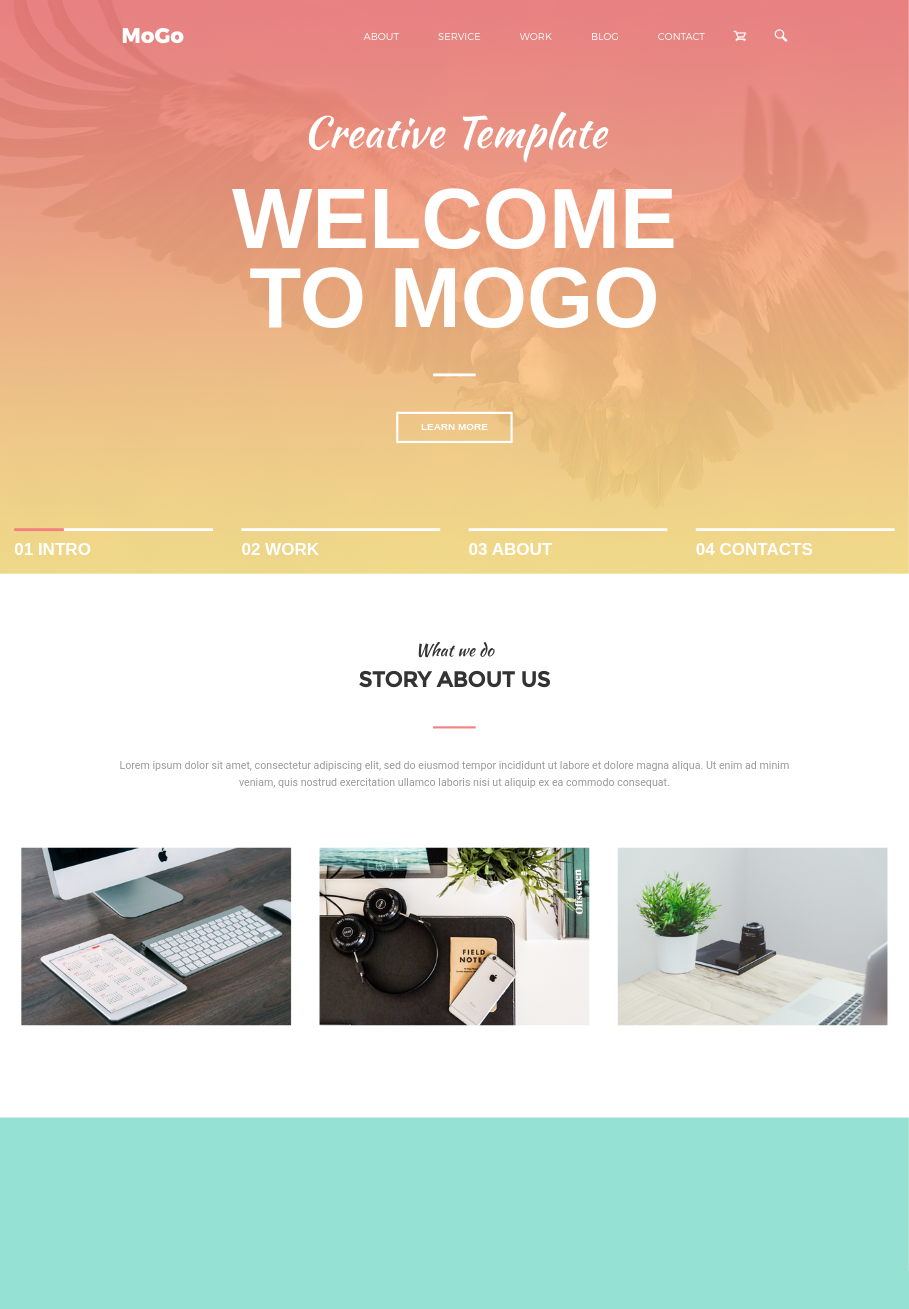
Repository: RaffiBarseghyan/mogo
Page: /
These files come from the project's save history. The page is drawn as it stood at one moment and after a run of saves; the edit follows.
The browser window is 1280 px wide. The pictures show the whole page, at 71% of full size.
The project was rebuilt for these pictures with package versions that can differ from the ones it lists, and the page was loaded fresh each time.

Above is the page before, as saved 2023-05-11 17:50:05.

### src/App.jsx
import "./App.css";
import "bootstrap/dist/css/bootstrap.min.css";
import "bootstrap/dist/js/bootstrap.bundle";
import Header from "./Pages/Header/header";
import AboutUs from "./Pages/AboutUs/aboutUs";

function App() {
  return (
    <div className="App">
      <Header />
      <AboutUs />
    </div>
  );
}

export default App;

### src/Pages/Header/header.jsx
import style from "./header.module.scss";
import glass from "../../Assets/Images/GLASS.png";
import cart from "../../Assets/Images/CART.png";

function Header() {
  return (
    <>
      <div className={style.big_header}>
        <div className={style.header}>
          <nav className="navbar navbar-expand-lg bg-body-tertiary">
            <div className="container-fluid">
              <a className={`${style.logo} navbar-brand me-5`} href="#">
                MoGo
              </a>
              <button
                className="navbar-toggler"
                type="button"
                data-bs-toggle="collapse"
                data-bs-target="#navbarNav"
                aria-controls="navbarNav"
                aria-expanded="false"
                aria-label="Toggle navigation"
              >
                <span className="navbar-toggler-icon"></span>
              </button>
              <div
                className={`${style.menu} collapse navbar-collapse`}
                id="navbarNav"
              >
                <ul className={`navbar-nav`}>
                  <li className="nav-item">About</li>
                  <li className="nav-item">service</li>
                  <li className="nav-item">work</li>
                  <li className="nav-item">blog</li>
                  <li className="nav-item">contact</li>
                  <img src={cart} alt="" />
                  <img src={glass} alt="" />
                </ul>
              </div>
            </div>
          </nav>
        </div>

        <div className={style.header_text}>
          <h1>Creative Template</h1>
          <h2>
            Welcome <br /> to MoGo
          </h2>
          <div className={style.border_box}>
            <div className={style.border}></div>
          </div>

          <div className={style.btn_box}>
            <button className={style.btn}>Learn More</button>
          </div>

          <div className={style.big_border_box_1}>
            <div className={style.div}>
              <div className={style.b_box1}>
                <div className={style.red}></div>
                <div className={style.white}></div>
              </div>
              <p className={style.b_p}>01 intro</p>
            </div>

            <div className={style.div}>
              <div className={style.b_box1}>
                <div className={style.white_s}></div>
                <div className={style.white}></div>
              </div>
              <p className={style.b_p}>02 work</p>
            </div>

            <div className={style.div}>
              <div className={style.b_box1}>
                <div className={style.white_s}></div>
                <div className={style.white}></div>
              </div>
              <p className={style.b_p}>03 About</p>
            </div>

            <div className={style.div}>
              <div className={style.b_box1}>
                <div className={style.white_s}></div>
                <div className={style.white}></div>
              </div>
              <p className={style.b_p}>04 Contacts</p>
            </div>
          </div>
        </div>
      </div>
    </>
  );
}

export default Header;

### src/Pages/AboutUs/aboutUs.jsx
import style from "./aboutUs.module.scss";
import aboutUs1 from "../../Assets/Images/aboutUs1.png";
import aboutUs2 from "../../Assets/Images/aboutUs2.png";
import aboutUs3 from "../../Assets/Images/aboutUs3.png";
import user from "../../Assets/Images/USERS.png";

function AboutUs() {
  return (
    <>
      <div className={style.aboutUs}>
        <h3>What we do</h3>
        <h2>Story about us</h2>
        <div className={style.line}></div>
        <p>
          Lorem ipsum dolor sit amet, consectetur adipiscing elit, sed do
          eiusmod tempor incididunt ut labore et dolore magna aliqua. Ut enim ad
          minim <br />
          veniam, quis nostrud exercitation ullamco laboris nisi ut aliquip ex
          ea commodo consequat.
        </p>
        <div className="d-flex justify-content-center flex-wrap ">
          <div className={style.imgDiv}>
            <img src={user} alt="" className={style.user} />
            <p>SUPER TEAM</p>
            <img src={aboutUs1} alt="" className={style.aboutImg}/>
          </div>
          <div className={style.imgDiv}>
            <img src={user} alt="" className={style.user} />
            <p>SUPER TEAM</p>
            <img src={aboutUs2} alt="" className={style.aboutImg}/>
          </div>
          <div className={style.imgDiv}>
            <img src={user} alt="" className={style.user} />
            <p>SUPER TEAM</p>
            <img src={aboutUs3} alt="" className={style.aboutImg}/>
          </div>
        </div>
      </div>

      <div className={style.aboutUsFooter}>
        <div>
            <h2></h2>
            <p></p>
        </div>
        <div>
            <h2></h2>
            <p></p>
        </div>
        <div>
            <h2></h2>
            <p></p>
        </div>
        <div>
            <h2></h2>
            <p></p>
        </div>
        <div>
            <h2></h2>
            <p></p>
        </div>
      </div>
    </>
  );
}

export default AboutUs;

### src/Pages/Header/header.module.scss
@font-face {
  font-family: Montserrat;
  src: url("../../Assets/Fonts/montserrat/Montserrat-Light.otf")
    format("truetype");
}

@font-face {
  font-family: Montserrat_bold;
  src: url("../../Assets/Fonts/montserrat/Montserrat-ExtraBold.otf")
    format("truetype");
}

@font-face {
  font-family: kaushan;
  src: url("../../Assets/Fonts/kaushan-script/kaushan-script.kaushanscript-regular.otf")
    format("truetype");
}

* {
  margin: 0;
  padding: 0;
  box-sizing: border-box;
}

/* Header */

.logo {
  font-size: 30px;
  color: #ffffff !important;
  font-weight: 700;
  font-family: "Montserrat_bold";
}

.logo:hover {
  color: #ffffff !important;
}

.big_header {
  width: 100%;
  min-height: 800px;
  background-image: url("../../Assets/Images/background-image-big-box-header.png");
  background-position: center;
  background-size: cover;
  background-repeat: no-repeat;
}

.header {
  width: 100%;
  min-height: 100px;
  display: flex;
  justify-content: space-around;
  align-items: center;
}

.menu > ul {
  margin-left: 150px;
}

.menu > ul > li {
  font-size: 14px;
  font-family: "Montserrat";
  color: rgb(255, 255, 255);
  text-transform: uppercase;
  list-style: none;
  margin-left: 55px;
}

.menu > ul > li:hover {
  color: #fce38a;
  border-bottom: 2px solid #fce38a;
  cursor: pointer;
  transition: 0.3s;
}

.menu > ul > img {
  margin-left: 40px;
  cursor: pointer;
  width: 15%;
  aspect-ratio: 3/2;
  object-fit: contain;
}

/* Header_text */

.header_text {
  margin-top: 50px;
}

.header_text > h1 {
  text-align: center;
  font-family: kaushan;
  font-size: 60px;
  color: rgb(255, 255, 255);
  line-height: 1.2;
}

.header_text > h2 {
  text-align: center;
  font-family: sans-serif;
  font-size: 120px;
  color: rgb(255, 255, 255);
  font-weight: bold;
  text-transform: uppercase;
  line-height: 0.933;
  margin-top: 30px;
}

.border {
  width: 60px;
  height: 4px;
  background-color: #ffffff;
}

.border_box {
  display: flex;
  justify-content: center;
  margin: 50px 0;
}

.btn {
  border-style: solid;
  border-width: 3px;
  border-color: rgb(255, 255, 255);
  background-color: rgba(0, 0, 0, 0);
  width: 164px;
  height: 44px;
  font-size: 14px;
  font-family: sans-serif;
  color: rgb(255, 255, 255);
  font-weight: bold;
  text-transform: uppercase;
}

.btn_box {
  display: flex;
  justify-content: center;
}

.btn_box > button:hover {
  cursor: pointer;
  border-radius: 10px;
  transition: 0.5s;
}

/* Borders */

.red {
  width: 70px;
  height: 4px;
  background-color: #f38181;
}

.white_s {
  width: 70px;
  height: 4px;
  background-color: #ffffff;
}

.white {
  width: 210px;
  height: 4px;
  background-color: white;
}

.b_box1 {
  display: flex;
}

.b_p {
  margin-top: 8px;
  font-size: 24px;
  font-family: sans-serif;
  color: rgb(255, 255, 255);
  font-weight: bold;
  text-transform: uppercase;
  text-align: left;
}

.big_border_box_1 {
  margin-top: 120px;
  display: flex;
  justify-content: space-around;
  flex-wrap: wrap;
}

@media only screen and (max-width: 992.2px) {
  .menu > ul {
    display: flex;
    justify-content: center;
    align-items: center;
  }
  .menu > ul > img {
    width: 12%;
    aspect-ratio: 3/2;
    object-fit: contain;
  }
  .header_text>h2{
    font-size: 80px;
  }
}

### src/Pages/AboutUs/aboutUs.module.scss
@font-face {
  font-family: Montserrat;
  src: url("../../Assets/Fonts/montserrat/Montserrat-Light.otf")
    format("truetype");
}

@font-face {
  font-family: Montserrat_mid;
  src: url("../../Assets/Fonts/montserrat/Montserrat-Regular.ttf")
    format("truetype");
}

@font-face {
  font-family: Montserrat_bold;
  src: url("../../Assets/Fonts/montserrat/Montserrat-ExtraBold.otf")
    format("truetype");
}

@font-face {
  font-family: kaushan;
  src: url("../../Assets/Fonts/kaushan-script/kaushan-script.kaushanscript-regular.otf")
    format("truetype");
}

.aboutUs {
  min-height: 750px;
  display: flex;
  flex-direction: column;
  align-items: center;
  justify-content: center;
  h3 {
    font-size: 24px;
    color: #333333;
    font-weight: 400;
    font-family: "kaushan";
    text-align: center;
  }
  h2 {
    font-size: 30px;
    text-transform: uppercase;
    color: #333333;
    font-weight: 700;
    font-family: "Montserrat_mid";
    text-align: center;
  }
  p {
    font-size: 15px;
    line-height: 24px;
    color: #999999;
    font-weight: 400;
    font-family: "Roboto";
    text-align: center;
    margin-bottom: 60px;
  }
  .line {
    width: 60px;
    height: 3px;
    background-color: #f38181;
    margin: 40px;
  }
  img {
    width: 380px;
    height: 250px;
    aspect-ratio: 3/2;
    object-fit: cover;
  }

  .imgDiv {
    width: 380px;
    height: 250px;
    margin: 20px;
    transition: 0.5s;
    display: flex;
    flex-direction: column;
    justify-content: center;
    align-items: center;
    p {
      font-size: 18px;
      text-transform: uppercase;
      color: #ffffff;
      font-weight: 700;
      font-family: "Montserrat";
      text-align: center;
      display: none;
      position: absolute;
      margin-top: 80px;
    }
    .user {
      width: 32px;
      height: 23px;
      display: none;
      position: absolute;
      margin-bottom: 30px;
    }
  }

  .imgDiv:hover {
    transition: 0.5s;
    box-shadow: 10px 10px 0px 0px rgba(149, 225, 211, 1);
    -webkit-box-shadow: 10px 10px 0px 0px rgba(149, 225, 211, 1);
    -moz-box-shadow: 10px 10px 0px 0px rgba(149, 225, 211, 1);
    cursor: pointer;
    p,
    .user {
      display: block;
    }
    background: rgb(226, 204, 123);
    background: linear-gradient(
      0deg,
      rgba(226, 204, 123, 1) 0%,
      rgba(219, 116, 116, 1) 53%
    );

    .aboutImg {
      opacity: 0.2;
    }
  }
}

.aboutUsFooter {
  height: 270px;
  background-color: #95e1d3;
}

Loaded but not shown: public/index.html (common file); src/index.js (common file); src/index.css (common file); src/reportWebVitals.js (common file); src/App.css (common file)

After the next 2 saves:
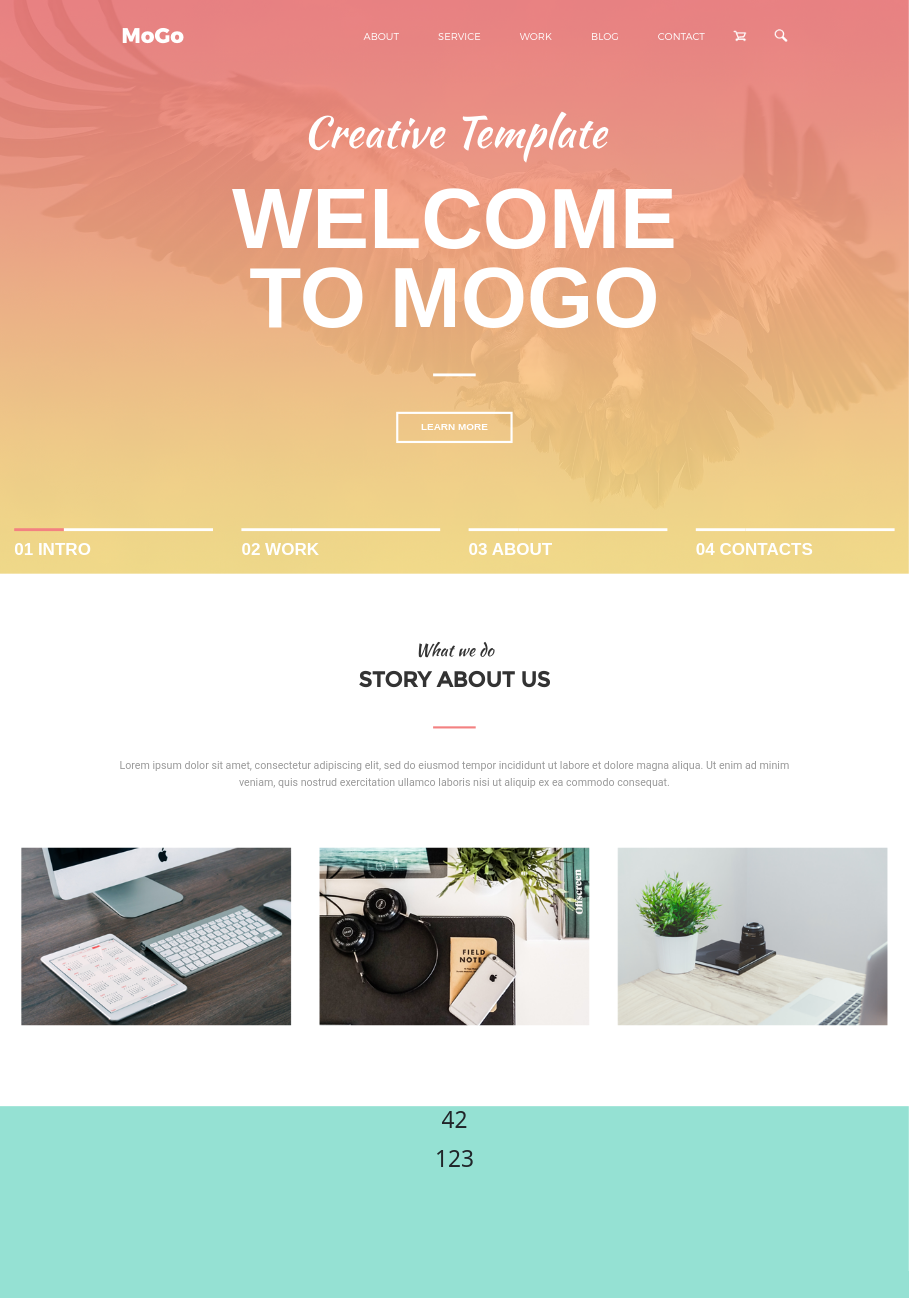
The 2 saves are shown as one change because they came seconds apart.
The last was saved 8 s later.
--- a/src/Pages/AboutUs/aboutUs.jsx
+++ b/src/Pages/AboutUs/aboutUs.jsx
@@ -39,11 +39,11 @@ function AboutUs() {
 
       <div className={style.aboutUsFooter}>
         <div>
-            <h2></h2>
+            <h2>42</h2>
             <p></p>
         </div>
         <div>
-            <h2></h2>
+            <h2>123</h2>
             <p></p>
         </div>
         <div>
